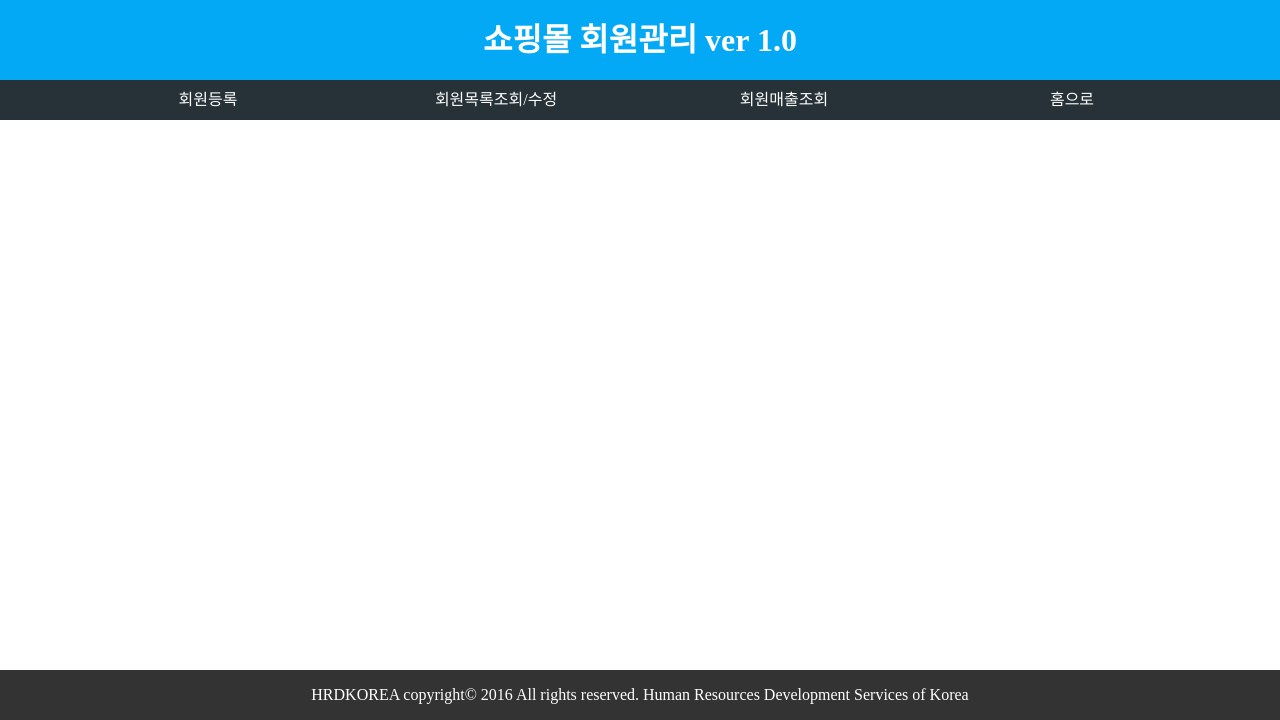
Repository: choiyuhee0722/two-crud
Page: http://localhost/HRD_000/WEB-INF/view/memberMoneyList.jsp
An editor plug-in stored every save of this project. The page is shown before and after the next save, followed by the edit.
The browser window is 1280 px wide. The pictures show the whole page.
The page is served by Tomcat 9. Nobody is signed in. Other server files are loaded and not shown. The template is opened directly, without the code that normally fills it, so the values that code supplies are empty.

Above is the page before, as saved 2024-03-27 09:45:22.

### HRD_000/src/main/webapp/WEB-INF/view/memberMoneyList.jsp
<%@page import="vo.MemberVO" %>
<%@page import="java.util.ArrayList" %>
<%@ page language="java" contentType="text/html; charset=UTF-8"
    pageEncoding="UTF-8"%>


    <jsp:include page="master/header.jsp"/>
    <jsp:include page="master/footer.jsp"/>

### HRD_000/src/main/webapp/WEB-INF/view/master/header.jsp
<%@ page language="java" contentType="text/html; charset=EUC-KR"
    pageEncoding="UTF-8"%>
<!DOCTYPE html>
<html>
<head>
	<meta charset="UTF-8">
	<title>쇼핑몰 회원관리</title>
	<link rel="stylesheet" href="/css/style.css?after">
</head>
<body>
	<!-- header -->
	<header>
		<h1>쇼핑몰 회원관리 ver 1.0</h1>
	</header>
	<!-- //header -->

	<!-- nav -->
	<nav>
			<ul>
					<li><a href="/memberInsert">회원등록</a></li>
					<li><a href="/memberList">회원목록조회/수정</a></li>
					<li><a href="/memberMoneyList">회원매출조회</a></li>
					<li><a href="/">홈으로</a></li>
			</ul>
	</nav>
	<!--// nav -->
</body>
</html>

### HRD_000/src/main/webapp/WEB-INF/view/master/footer.jsp
<%@ page language="java" contentType="text/html; charset=EUC-KR"
    pageEncoding="UTF-8"%>
	<!-- footer -->
	<footer>
		HRDKOREA copyright&copy; 2016 All rights reserved.
		Human Resources Development Services of Korea
	</footer>
	<!-- //footer -->
</body>
</html>

### HRD_000/src/main/webapp/css/style.css
/* init */
*{
		padding: 0;
		margin: 0 auto;
}
ul{
		list-style: none;
}
a{
		color: inherit;
		text-decoration: none;
}

/*header*/
header{
		width: 100%;
		height: 80px;
		background-color: #03A9F4;
		text-align: center;
		line-height: 80px;
		color: white;
}

/*nav*/
nav{
		width: 100%;
		height: 40px;
		background: #263238;
		text-align: center;
		line-height: 40px;
		color: white;
}
nav > ul{
		width: 90%;
}
nav > ul > li{
		width: 25%;
		float: left;
}

/*section*/
section{
		width: 100%;
}
section > .container{
		padding: 20px;
		margin: 0 auto;
}
section > .container .title{
		font-size: 30px;
		text-align: center;
		margin-bottom: 20px;
}
table,th,td{
		border: 1px solid black;
		text-align: center;
}
/*footer*/
footer{
		width: 100%;
		height: 50px;
		line-height: 50px;
		text-align: center;
		background: #333;
		color: white;
		position: absolute;
		bottom: 0;
}
/*footer*/

After the next save:
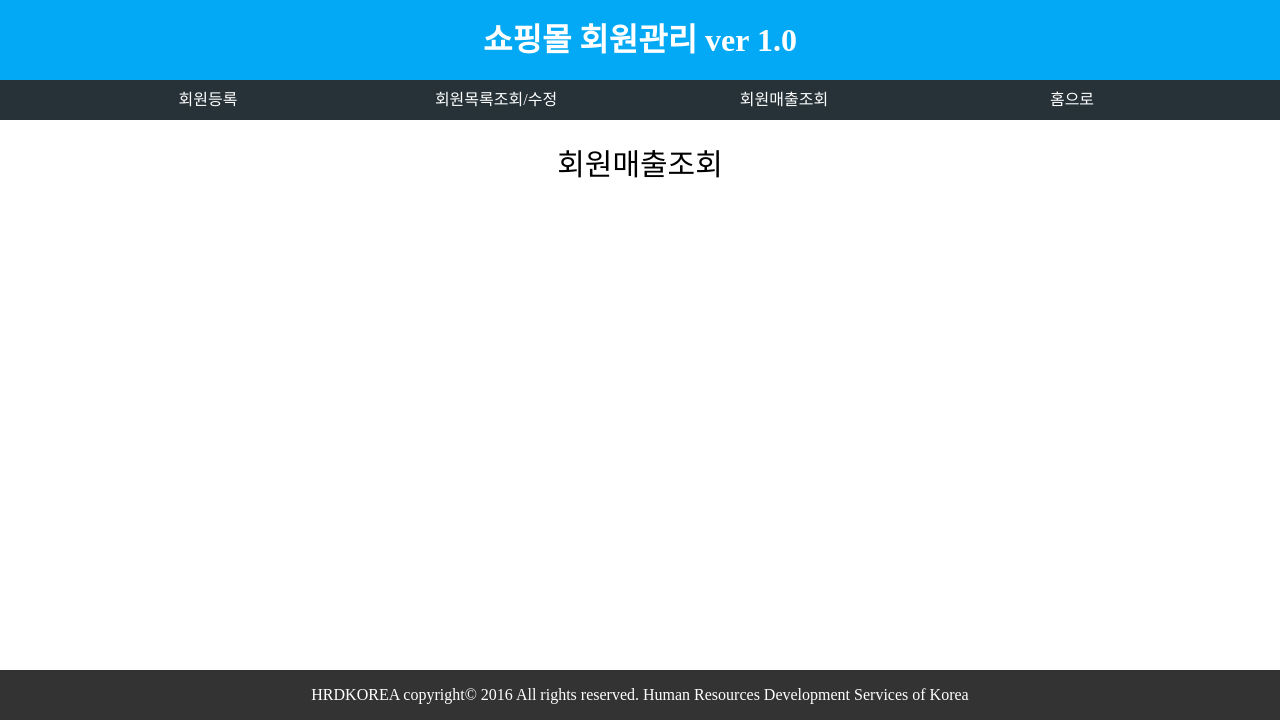
Saved 78 s later.
--- a/HRD_000/src/main/webapp/WEB-INF/view/memberMoneyList.jsp
+++ b/HRD_000/src/main/webapp/WEB-INF/view/memberMoneyList.jsp
@@ -3,6 +3,12 @@
 <%@ page language="java" contentType="text/html; charset=UTF-8"
     pageEncoding="UTF-8"%>
 
+<jsp:include page="master/header.jsp"/>
 
-    <jsp:include page="master/header.jsp"/>
-    <jsp:include page="master/footer.jsp"/>
+ <!-- section -->
+ <section>
+ 	<div class="container">
+ 		<p class="title">회원매출조회</p>
+ 	</div>
+ </section>
+<jsp:include page="master/footer.jsp"/>
